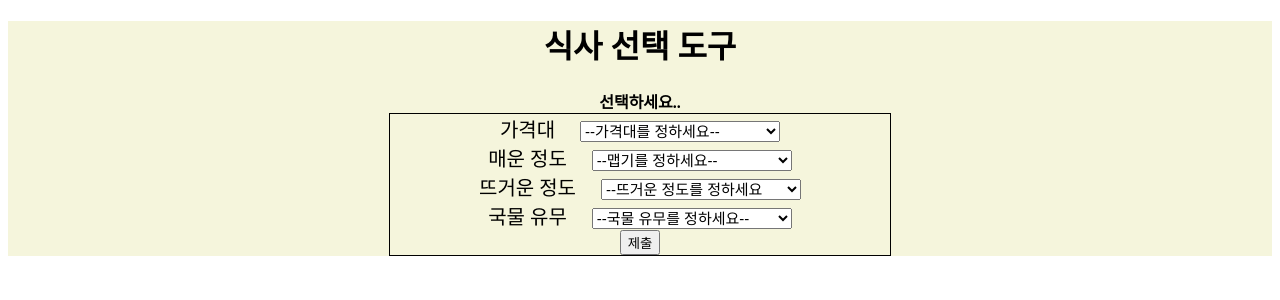
Repository: kimgh06/JavaWeb
Page: http://localhost/what/
These files come from the project's save history. The page is drawn as it stood at one moment and after the next save; the edit follows.
The browser window is 1280 px wide. The pictures show the whole page.
The page is served by Tomcat 9. Other server files are loaded and not shown.

Above is the page before, as saved 2022-11-04 00:46:21.

### what/src/main/webapp/index.jsp
<%@ page language="java" contentType="text/html; charset=EUC-KR"
	pageEncoding="EUC-KR"%>
<!DOCTYPE html>
<html>
<head>
<meta charset="EUC-KR">
<title>식사 선택 도구</title>
<link href="./main.css?after" rel="stylesheet" type="text/css">
</head>
<body>
	<div id="main">
		<h1>식사 선택 도구</h1>
		<b>선택하세요..</b>
		<form id="form">
			<div>
				<label>가격대</label> <select>
					<option value="-1">--가격대를 정하세요--</option>
					<option value="1">8000이하</option>
					<option value="2">13000이하</option>
					<option value="3">18000이하</option>
					<option value="4">23000이하</option>
					<option value="5">23000이상</option>
				</select>
			</div>
			<div>
				<label>매운 정도</label> <select>
					<option value="-1">--맵기를 정하세요--</option>
					<option value="하">맵지 않음</option>
					<option value="중">적당히 매움</option>
					<option value="상">매움</option>
				</select>
			</div>
			<div>
				<label>뜨거운 정도</label> <select>
					<option value="-1">--뜨거운 정도를 정하세요</option>
					<option value="하">뜨겁지 않음</option>
					<option value="중">따뜻함</option>
					<option value="상">뜨거움</option>
				</select>
			</div>
			<div>
				<label>국물 유무</label> <select>
					<option value="-1">--국물 유무를 정하세요--</option>
					<option value="0">없음</option>
					<option value="1">있음</option>
				</select>
			</div>
			<button>제출</button>
		</form>
	</div>
</body>
</html>

### what/src/main/webapp/main.css
@CHARSET "UTF-8";

#main{
	text-align: center;
	display: block;
	background-color: beige;
}

#form{
	width: 500px;
	display: block;
	border: 1px solid black;
	margin:auto;
}

#form div{
	font-size: 20px;
}
#form div select{
	margin-left: 20px;
	width:200px;
	font-size: 15px;
}

After the next save:
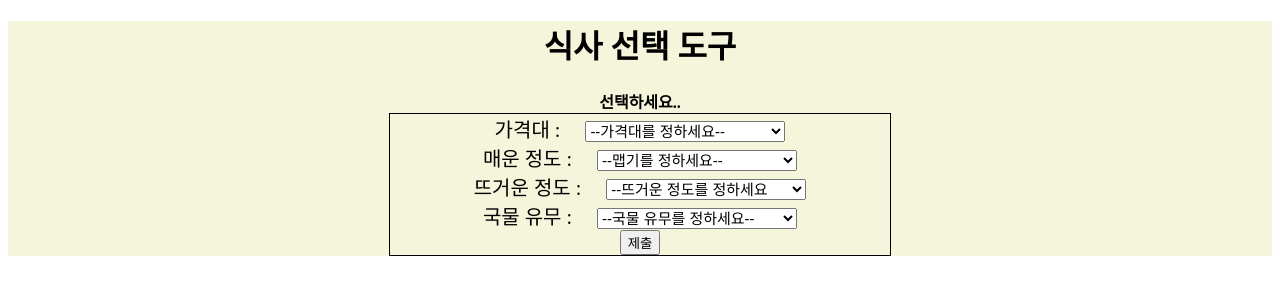
Saved 19 s later.
--- a/what/src/main/webapp/index.jsp
+++ b/what/src/main/webapp/index.jsp
@@ -13,7 +13,7 @@
 		<b>선택하세요..</b>
 		<form id="form">
 			<div>
-				<label>가격대</label> <select>
+				<label>가격대 :</label> <select>
 					<option value="-1">--가격대를 정하세요--</option>
 					<option value="1">8000이하</option>
 					<option value="2">13000이하</option>
@@ -23,7 +23,7 @@
 				</select>
 			</div>
 			<div>
-				<label>매운 정도</label> <select>
+				<label>매운 정도 :</label> <select>
 					<option value="-1">--맵기를 정하세요--</option>
 					<option value="하">맵지 않음</option>
 					<option value="중">적당히 매움</option>
@@ -31,7 +31,7 @@
 				</select>
 			</div>
 			<div>
-				<label>뜨거운 정도</label> <select>
+				<label>뜨거운 정도 :</label> <select>
 					<option value="-1">--뜨거운 정도를 정하세요</option>
 					<option value="하">뜨겁지 않음</option>
 					<option value="중">따뜻함</option>
@@ -39,7 +39,7 @@
 				</select>
 			</div>
 			<div>
-				<label>국물 유무</label> <select>
+				<label>국물 유무 :</label> <select>
 					<option value="-1">--국물 유무를 정하세요--</option>
 					<option value="0">없음</option>
 					<option value="1">있음</option>
